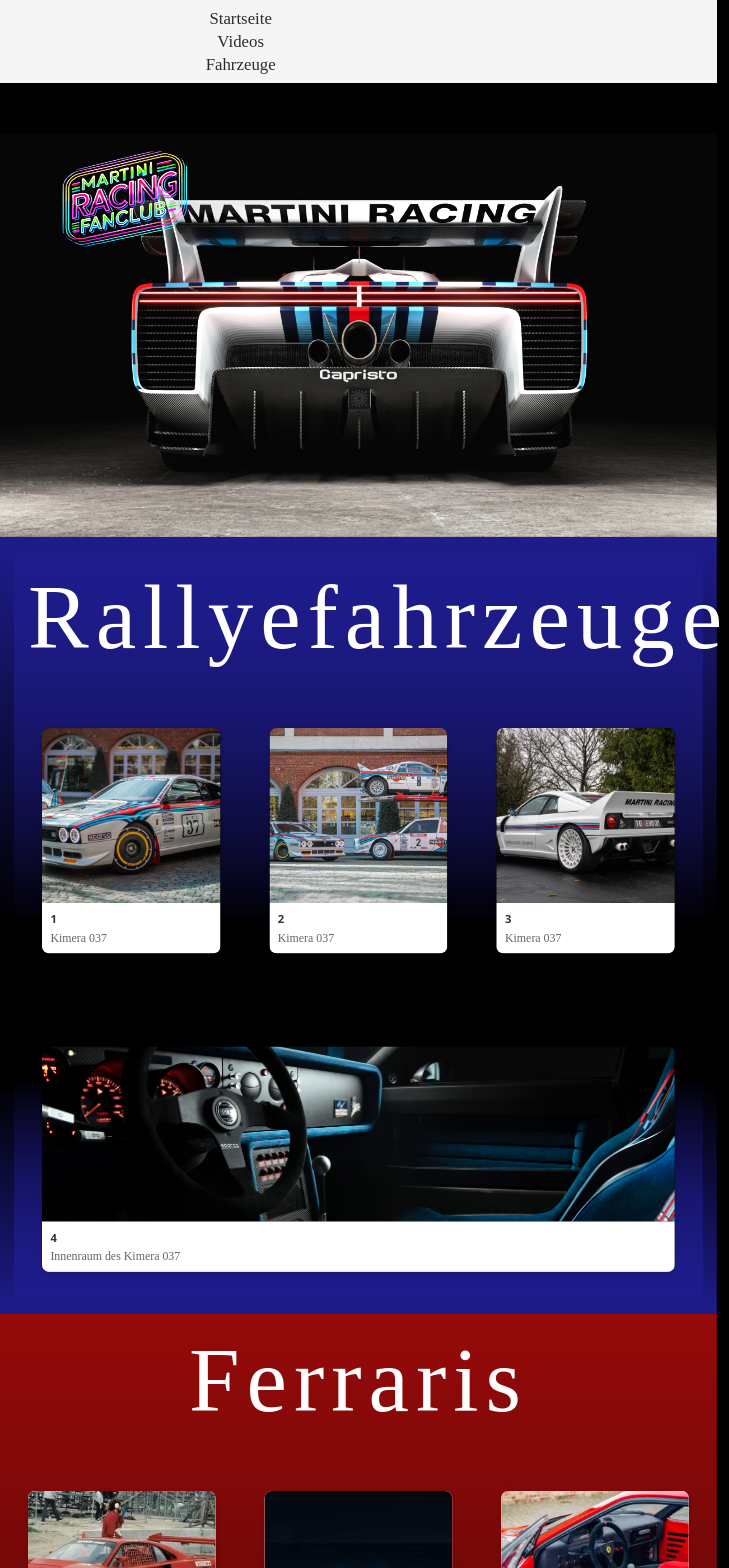
Repository: Johannes-Harald/martini-racing-fanclub
Page: /
The author's editor kept a copy of each file at every save. The page is drawn from the files as they stood at one save, then again after the next save.
The browser window is 1024 px wide. The page is 1042 px wide, so the pictures cover 1042 px, including what lies to the right of the window. The pictures show the part of the page from y = 0 to 2240 px (the page is 7890 px tall), at 70% of full size.
Some web fonts or font styles are not loaded; a fallback is used. The project was rebuilt for these pictures with package versions that can differ from the ones it lists, and the page was loaded fresh each time. Also part of the build but not shown: vite.config.js, src/components/Lightbox/Lightbox.css, src/components/Lightbox/Lightbox.jsx, src/components/TitleCards/TitleCards.jsx, src/pages/Videos/Videos.css, src/pages/Videos/Videos.jsx.

Above is the page before, as saved 2024-10-13 10:56:55.

After the next save:
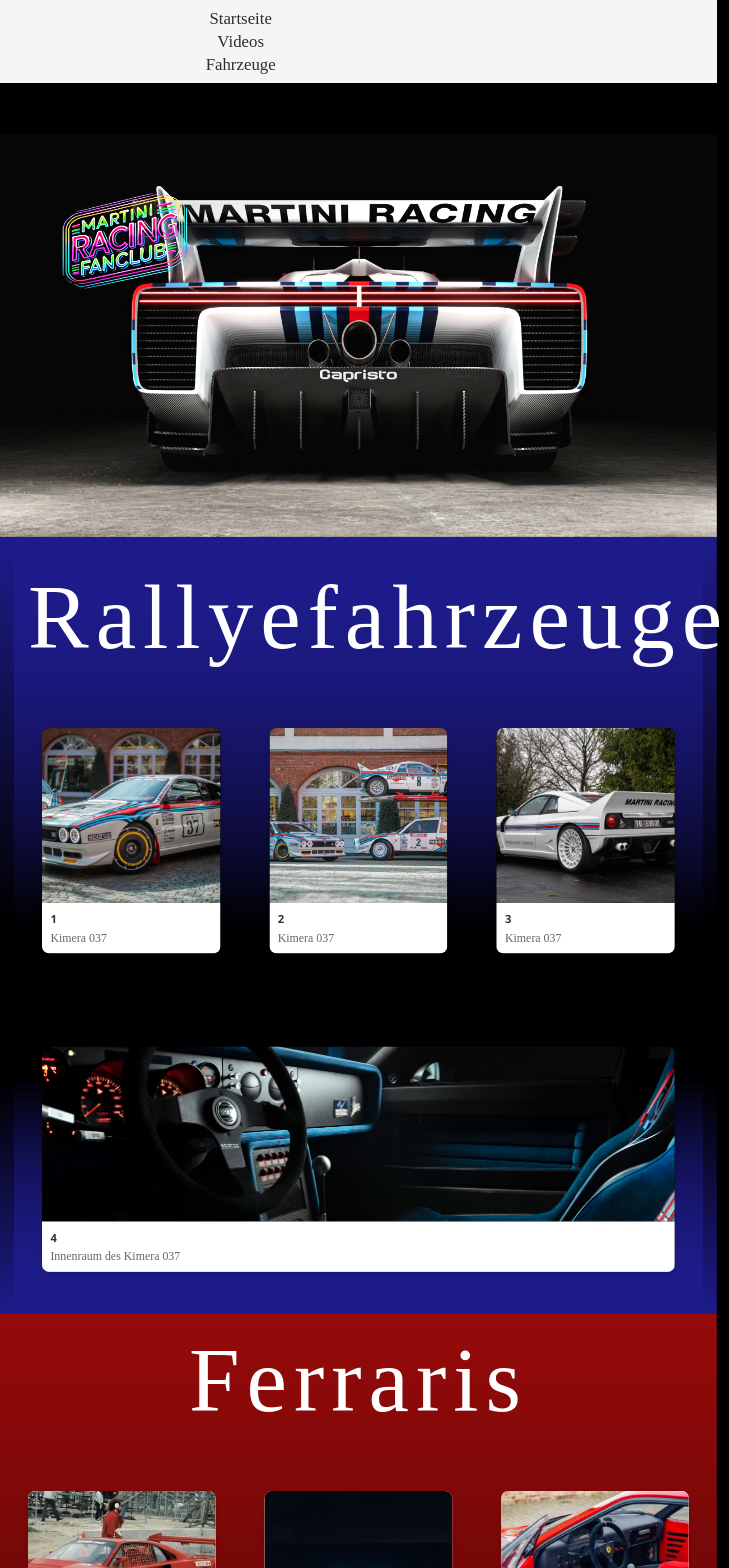
Saved 12 s later.
--- a/src/pages/Home/Home.css
+++ b/src/pages/Home/Home.css
@@ -101,7 +101,7 @@
     overflow: hidden;
   }
   .caption-img {
-    margin-bottom: 360px;
+    margin-bottom: 300px;
     height: 143px;
     width: 231px;
   }
